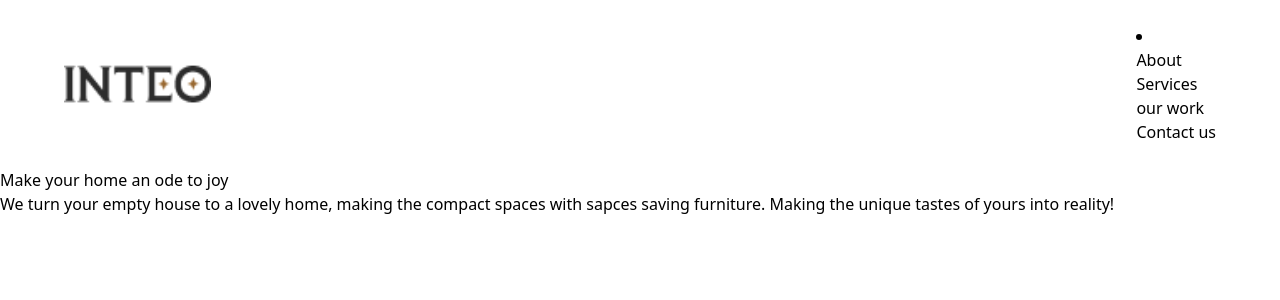
Repository: CatherinneJ/responsive-tailwind-website
Page: tailwind.html
An editor plug-in stored every save of this project. The page is shown before and after the next save, followed by the edit.
The browser window is 1280 px wide. The pictures show the whole page.
Some web libraries are served in a nearby version.

Above is the page before, as saved 2025-05-20 17:24:59.

### tailwind.html
<!DOCTYPE html>
<html lang="en">

<head>
    <meta charset="UTF-8">
    <meta name="viewport" content="width=device-width, initial-scale=1.0">
    <title>ResponsiveTailwind</title>
    <script src="https://cdn.tailwindcss.com"></script>
</head>
<header class="py-6 px-8 lg:px-16">
    <nav class="flex justify-between items-center">
        <img src="./Assets/Logo.png" alt="logo" class="h-10">
        <li>
            <ul>About</ul>
            <ul>Services</ul>
            <ul>our work</ul>
            <ul id="orangebox">Contact us</ul>
        </li>
    </nav>
</header>

<body>
    <section>
        <h1>Make your home an ode to joy</h1>
        <p>
            We turn your empty house to a lovely home, making the compact spaces with sapces saving furniture. Making
            the unique tastes of yours into reality!
        </p>
    </section>


</body>

</html>

After the next save:
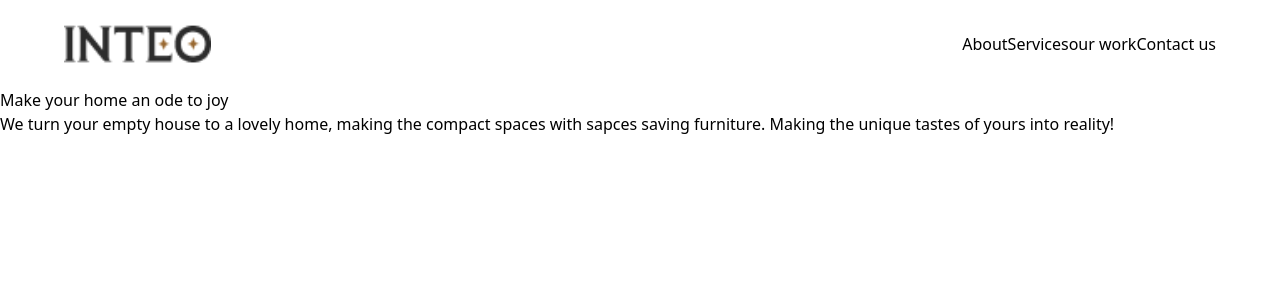
Saved 30 s later.
--- a/tailwind.html
+++ b/tailwind.html
@@ -10,7 +10,7 @@
 <header class="py-6 px-8 lg:px-16">
     <nav class="flex justify-between items-center">
         <img src="./Assets/Logo.png" alt="logo" class="h-10">
-        <li>
+        <li class="flex justify-between items-center">
             <ul>About</ul>
             <ul>Services</ul>
             <ul>our work</ul>
